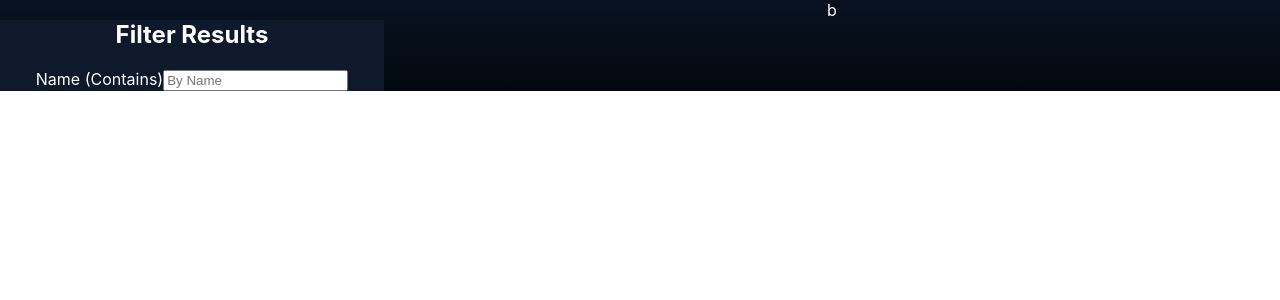
Repository: seyicoded/testestech
Page: /
An editor plug-in stored every save of this project. The page is shown before and after the next save, followed by the edit.
The browser window is 1280 px wide. The pictures show the whole page.
The project was rebuilt for these pictures with package versions that can differ from the ones it lists, and the page was loaded fresh each time.

Above is the page before, as saved 2022-02-07 13:38:15.

After the next save:
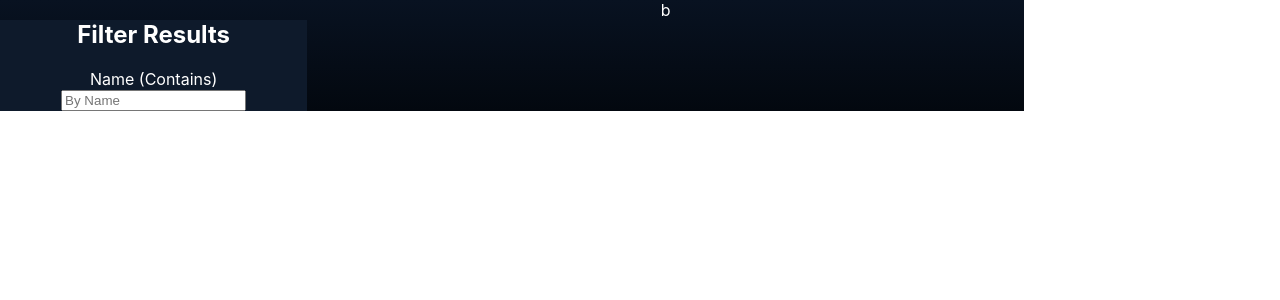
Saved 16 s later.
--- a/src/App.css
+++ b/src/App.css
@@ -44,7 +44,7 @@
   display: flex;
   flex: 1;
   height: 100%;
-  width: 100%;
+  width: 1024px;
   flex-direction: row;
   /* background: Vertical linear-gradient #081221 to #03080f; */
   background: linear-gradient( to bottom,#081221, #03080f);
